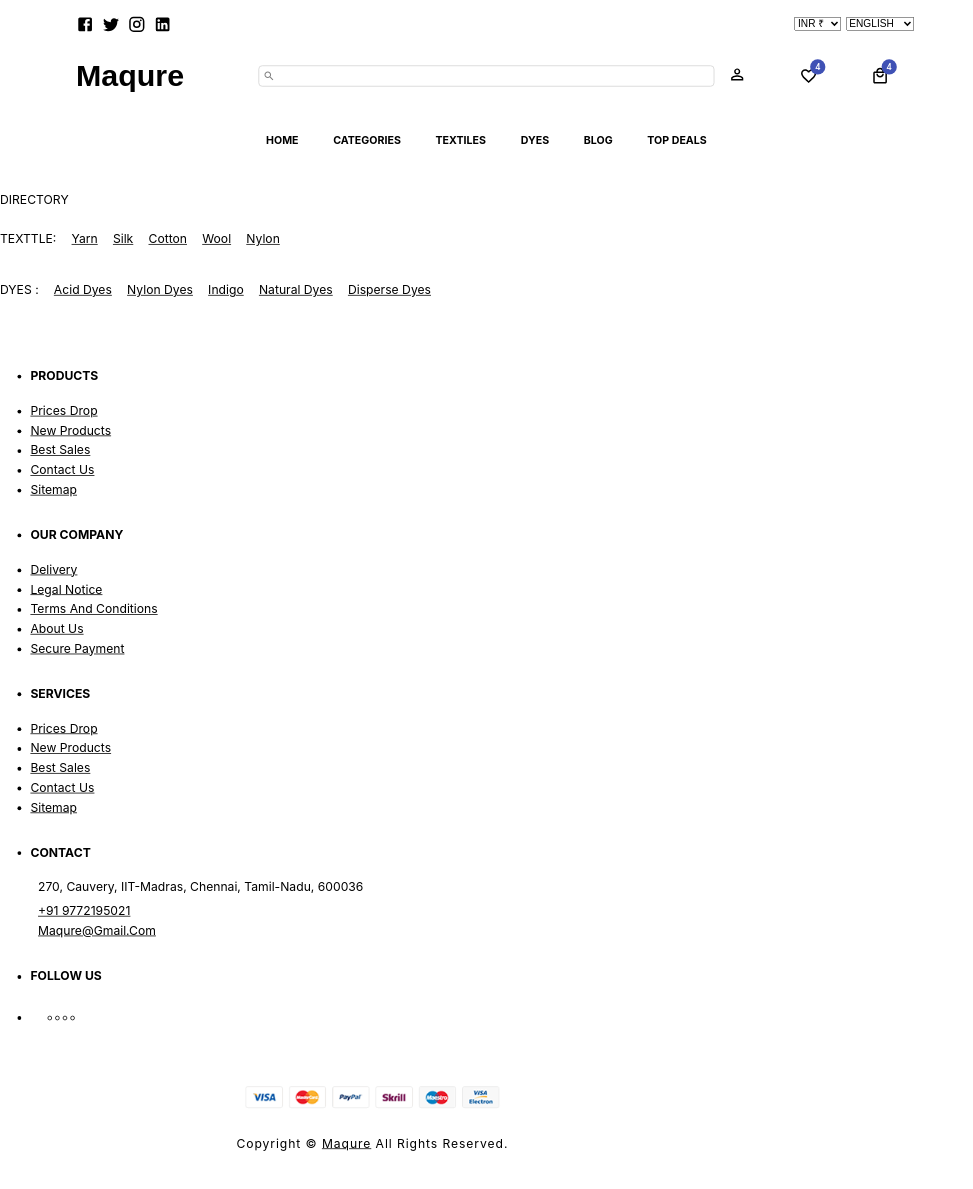
Repository: harshitsingh85420/Maqure
Page: /
These files come from the project's save history. The page is drawn as it stood at one moment and after the next save; the edit follows.
The browser window is 1280 px wide. The pictures show the whole page, at 76% of full size.
The project was rebuilt for these pictures with package versions that can differ from the ones it lists, and the page was loaded fresh each time.

Above is the page before, as saved 2022-05-26 02:36:59.

### src/pages/Home.jsx
import React from 'react'
import Footer from '../components/Footer'
import Header from '../components/Header'
import Header2 from '../components/Header2'
import Navbar from '../components/Navbar'

const Home = () => {
  return (
    <div>
        <Header/>
        <Header2/>
        <Navbar />
        <Footer/>
    </div>
    )
}

export default Home

### src/components/Footer.jsx
import React from 'react'
import './CSS/Footer.css';

function Footer() {
  return (
    <>
<div className="footer">
<div className="footer-category">

<div className="container">

  <h2 className="footer-category-title">Directory</h2>

  <div className="footer-category-box">

    <h3 className="category-box-title">Texttle:</h3>

    <a href="#" className="footer-category-link">Yarn</a>
    <a href="#" className="footer-category-link">Silk</a>
    <a href="#" className="footer-category-link">Cotton</a>
    <a href="#" className="footer-category-link">Wool</a>
    <a href="#" className="footer-category-link">Nylon</a>
  </div>

  <div className="footer-category-box">
    <h3 className="category-box-title">Dyes :</h3>

    <a href="#" className="footer-category-link">Acid Dyes</a>
    <a href="#" className="footer-category-link">Nylon Dyes</a>
    <a href="#" className="footer-category-link">Indigo</a>
    <a href="#" className="footer-category-link">Natural Dyes</a>
    <a href="#" className="footer-category-link">Disperse Dyes</a>
    <a href="#" className="footer-category-link"></a>
  </div>


</div>

</div>

<div className="footer-nav">

<div className="container">


  <ul className="footer-nav-list">

    <li className="footer-nav-item">
      <h2 className="nav-title">Products</h2>
    </li>

    <li className="footer-nav-item">
      <a href="#" className="footer-nav-link">Prices drop</a>
    </li>

    <li className="footer-nav-item">
      <a href="#" className="footer-nav-link">New products</a>
    </li>

    <li className="footer-nav-item">
      <a href="#" className="footer-nav-link">Best sales</a>
    </li>

    <li className="footer-nav-item">
      <a href="#" className="footer-nav-link">Contact us</a>
    </li>

    <li className="footer-nav-item">
      <a href="#" className="footer-nav-link">Sitemap</a>
    </li>

  </ul>

  <ul className="footer-nav-list">

    <li className="footer-nav-item">
      <h2 className="nav-title">Our Company</h2>
    </li>

    <li className="footer-nav-item">
      <a href="#" className="footer-nav-link">Delivery</a>
    </li>

    <li className="footer-nav-item">
      <a href="#" className="footer-nav-link">Legal Notice</a>
    </li>

    <li className="footer-nav-item">
      <a href="#" className="footer-nav-link">Terms and conditions</a>
    </li>

    <li className="footer-nav-item">
      <a href="#" className="footer-nav-link">About us</a>
    </li>

    <li className="footer-nav-item">
      <a href="#" className="footer-nav-link">Secure payment</a>
    </li>

  </ul>

  <ul className="footer-nav-list">

    <li className="footer-nav-item">
      <h2 className="nav-title">Services</h2>
    </li>

    <li className="footer-nav-item">
      <a href="#" className="footer-nav-link">Prices drop</a>
    </li>

    <li className="footer-nav-item">
      <a href="#" className="footer-nav-link">New products</a>
    </li>

    <li className="footer-nav-item">
      <a href="#" className="footer-nav-link">Best sales</a>
    </li>

    <li className="footer-nav-item">
      <a href="#" className="footer-nav-link">Contact us</a>
    </li>

    <li className="footer-nav-item">
      <a href="#" className="footer-nav-link">Sitemap</a>
    </li>

  </ul>

  <ul className="footer-nav-list">

    <li className="footer-nav-item">
      <h2 className="nav-title">Contact</h2>
    </li>

    <li className="footer-nav-item flex">
      <div className="icon-box">
        <ion-icon name="location-outline"></ion-icon>
      </div>

      <address className="content">
        270, Cauvery, IIT-Madras,
        Chennai, Tamil-Nadu,
        600036

      </address>
    </li>

    <li className="footer-nav-item flex">
      <div className="icon-box">
        <ion-icon name="call-outline"></ion-icon>
      </div>

      <a href="tel:+607936-8058" className="footer-nav-link">+91 9772195021</a>
    </li>

    <li className="footer-nav-item flex">
      <div className="icon-box">
        <ion-icon name="mail-outline"></ion-icon>
      </div>

      <a href="mailto:example@gmail.com" className="footer-nav-link">maqure@gmail.com</a>
    </li>

  </ul>

  <ul className="footer-nav-list">

    <li className="footer-nav-item">
      <h2 className="nav-title">Follow Us</h2>
    </li>

    <li>
      <ul className="social-link">

        <li className="footer-nav-item">
          <a href="#" className="footer-nav-link">
            <ion-icon name="logo-facebook"></ion-icon>
          </a>
        </li>

        <li className="footer-nav-item">
          <a href="#" className="footer-nav-link">
            <ion-icon name="logo-twitter"></ion-icon>
          </a>
        </li>

        <li className="footer-nav-item">
          <a href="#" className="footer-nav-link">
            <ion-icon name="logo-linkedin"></ion-icon>
          </a>
        </li>

        <li className="footer-nav-item">
          <a href="#" className="footer-nav-link">
            <ion-icon name="logo-instagram"></ion-icon>
          </a>
        </li>

      </ul>
    </li>

  </ul>

</div>

</div>

<div className="footer-bottom">

<div className="container">

  <img src="./assets/images/payment.png" alt="payment method" className="payment-img"/>

  <p className="copyright">
    Copyright &copy; <a href="#">Maqure</a> all rights reserved.
  </p>

</div>

</div>
</div>
    </>
  )
}

export default Footer

### src/components/Header.jsx
import React from 'react'
import styled from 'styled-components'
import { Twitter, Instagram, LinkedIn, Facebook } from '@material-ui/icons';

const Container = styled.div`

`;
const Wrapper = styled.div`
    padding: 20px 100px;
    display: flex;
    justify-content: space-between;
`;
const Left = styled.div`
    flex: 1;
    display: flex;
    align-items: center;
`;
const MenuItem = styled.div`
font-size: 14px;
cursor: pointer;
margin-right: 10px;
`;

const Center = styled.div`
    flex: 2;
`;
const Right = styled.div`
    flex: 1;
    display: flex;
  align-items: center;
  justify-content: flex-end;
`;
const Money = styled.div`
    width: 25%;
    height: 100%;
    align-items: center;
`;
const Language = styled.div`
   width: 25%;
   height: 100%;
   align-items: center;
`;

const Header = () => {

  return (
    <Container>
    <Wrapper>
        <Left>
        <MenuItem>
          <Facebook/>
        </MenuItem>
        <MenuItem>
          <Twitter />
        </MenuItem>
        <MenuItem>
          <Instagram />
        </MenuItem>
        <MenuItem>
          <LinkedIn />
        </MenuItem>
        </Left>
        <Center>
        </Center>
        <Right>
        <Money>
          <select>
          <option>INR ₹</option>
          <option>USD $</option>
          </select>
          </Money>
          <Language>
          <select><option>ENGLISH</option>
          <option>ESPAÑOL</option>
          <option>FRANÇAIS</option>
          </select>
          </Language>
        </Right>
    </Wrapper>
    </Container>
  )
}

export default Header

### src/components/Header2.jsx
import { Search, FavoriteBorderOutlined, PersonOutlineOutlined, LocalMallOutlined  } from '@material-ui/icons';
import { Badge } from "@material-ui/core";
import React from 'react';
import styled from 'styled-components';


const Container = styled.div`
height: 60px;
`;
const Wrapper = styled.div`
  padding: 10px 40px;
  display: flex;
  align-items: center;
  justify-content: space-between;
`;
const Left = styled.div`
  flex: 1;
  display: flex;
  align-items: center;
`;
const Logo = styled.div`
font-weight: bold;
font-size: 40px;
font-family: "Poppins", sans-serif;
display: flex;
cursor: pointer;
margin-left: 60px;
`;
const Center = styled.div`
  flex: 2;
  display: flex;
`;
const SearchContainer = styled.div`
  border: 0.5px solid lightgray;
  display: flex;
  align-items: center;
  padding: 5px;
  width: 100%;
  border-radius: 5px;
  &:hover{
    border-color: black;
  }
`;
const Input = styled.div`
  border: none;
`;
const Right = styled.div`
  flex: 1;
  display: flex;
  align-items: center;
  justify-content: flex-end;
`;
const MenuItem = styled.div`
font-size: 14px;
cursor: pointer;
margin-right: 70px;
height: 100%;
`;

const Header2 = () => {
  return (
    <Container>
    <Wrapper>
        <Left><Logo>Maqure</Logo></Left>
        <Center>
          <SearchContainer>
          <Input placeholder="Search..." />
          <Search style={{ color: "gray", fontSize: 16 }}/>
          </SearchContainer>
        </Center>
        <Right>
          <MenuItem>
            <PersonOutlineOutlined />
          </MenuItem>
          <MenuItem>
            <Badge badgeContent={4} color="primary">
            <FavoriteBorderOutlined />
            </Badge>
          </MenuItem>
          <MenuItem>
            <Badge badgeContent={4} color="primary">
            <LocalMallOutlined/>
            </Badge>
          </MenuItem>
        </Right>
    </Wrapper>
    </Container>
  )
}

export default Header2

### src/components/Navbar.jsx
import React from 'react'
import styled from 'styled-components'

const Container = styled.div`
`;
const Wrapper = styled.div`
  padding: 30px 40px;
  display: flex;
  align-items: center;
  justify-content: space-between;
  margin-left: 300px;
  margin-right: 300px;
  list-style: none;
display: flex;
a {
  padding: 18px 10px;
  color: black;
  &:hover {
      color: red;
  }
  font-size: 14px;
  font-weight: bold;
  text-decoration: none;
}
`;

const Navbar = () => {
  return (
    <Container>
        <Wrapper>
      <a href="google.com">HOME</a>
      <a href="google.com">CATEGORIES</a>
      <a href="google.com">TEXTILES</a>
      <a href="google.com">DYES</a>
      <a href="google.com">BLOG</a>
      <a href="google.com">TOP DEALS</a>
        </Wrapper>
    </Container>
  )
}

export default Navbar

### src/components/CSS/Footer.css

.container { max-width: 980px; }

/*-----------------------------------*\
  #FOOTER
\*-----------------------------------*/

footer {
    background: var(--eerie-black);
    padding: 30px 0;
  }

  .footer-category {
    margin-bottom: 30px;
    padding-bottom: 15px;
    border-bottom: 1px solid var(--onyx);
  }

  .footer-category-title {
    color: var(--salmon-pink);
    font-size: var(--fs-6);
    font-weight: var(--weight-600);
    text-transform: uppercase;
    margin-bottom: 15px;
  }

  .footer-category-box {
    display: -webkit-box;
  display: -webkit-flex;
  display: -ms-flexbox;
  display: flex;
  -webkit-flex-wrap: wrap;
      -ms-flex-wrap: wrap;
          flex-wrap: wrap;
  -webkit-box-pack: start;
  -webkit-justify-content: flex-start;
      -ms-flex-pack: start;
          justify-content: flex-start;
  -webkit-box-align: center;
  -webkit-align-items: center;
      -ms-flex-align: center;
          align-items: center;
  -webkit-column-gap: 20px;
     -moz-column-gap: 20px;
          column-gap: 20px;
  row-gap: 3px;
  margin-bottom: 15px;
  }

  .category-box-title {
    color: var(--spanish-gray);
    font-size: var(--fs-8);
    font-weight: var(--weight-600);
    text-transform: uppercase;
  }

  .footer-category-link {
    position: relative;
    color: var(--sonic-silver);
    font-size: var(--fs-7);
    text-transform: capitalize;
    transition: var(--transition-timing);
  }

  .footer-category-link:hover { color: var(--spanish-gray); }

  .footer-category-link:not(:last-child)::after {
    position: absolute;
    content: '';
    top: 3px;
    right: -10px;
    background: var(--sonic-silver);
    width: 1px;
    height: 15px;
  }


  /**
   * footer nav
   */


.footer-nav {
    border-bottom: 1px solid var(--onyx);
    padding-bottom: 30px;
    margin-bottom: 30px;
  }

  .footer-nav-list:not(:last-child) { margin-bottom: 20px; }

  .footer-nav .nav-title {
    position: relative;
    color: var(--white);
    font-size: var(--fs-7);
    text-transform: uppercase;
    margin-bottom: 15px;
    padding-bottom: 5px;
  }

  .footer-nav .nav-title::before {
    content: '';
    position: absolute;
    bottom: 0;
    left: 0;
    background: var(--salmon-pink);
    width: 60px;
    height: 1px;
  }

  .footer-nav-item { padding: 3px 0; }

  .footer-nav-link,
  .footer-nav-item .content {
    width: -webkit-max-content;
    width: -moz-max-content;
    width: max-content;
    color: var(--sonic-silver);
    font-size: var(--fs-7);
    text-transform: capitalize;
    -webkit-transition: var(--transition-timing);
    -o-transition: var(--transition-timing);
    transition: var(--transition-timing);
  }

  .footer-nav-link:hover { color: var(--salmon-pink); }

  .footer-nav-item.flex {
    display: -webkit-box;
    display: -webkit-flex;
    display: -ms-flexbox;
    display: flex;
    -webkit-box-align: start;
    -webkit-align-items: flex-start;
        -ms-flex-align: start;
            align-items: flex-start;
    gap: 10px;
  }

  .footer-nav-item .content {
    font-style: normal;
    margin-bottom: 5px;
  }

  .footer-nav-item .icon-box {
    color: var(--sonic-silver);
    font-size: 25px;
  }

  .footer-nav-item .icon-box ion-icon { --ionicon-stroke-width: 30px; }

  .footer-nav .social-link {
    display: -webkit-box;
    display: -webkit-flex;
    display: -ms-flexbox;
    display: flex;
    -webkit-box-pack: start;
    -webkit-justify-content: flex-start;
        -ms-flex-pack: start;
            justify-content: flex-start;
    -webkit-box-align: center;
    -webkit-align-items: center;
        -ms-flex-align: center;
            align-items: center;
    gap: 10px;
  }

  .social-link .footer-nav-link { font-size: 25px; }

  .footer-bottom {
    margin-bottom: 50px;
    text-align: center;
  }

  .payment-img {
    max-width: 335px;
    width: 100%;
    margin: auto;
    margin-bottom: 15px;
  }

  .copyright {
    color: var(--sonic-silver);
    font-size: var(--fs-8);
    font-weight: var(--weight-500);
    text-transform: capitalize;
    letter-spacing: 1.2px;
  }

  .copyright a {
    display: inline;
    color: inherit;
  }

Loaded but not shown: public/index.html (common file); src/index.js (common file); src/index.css (common file); src/App.js (common file); src/reportWebVitals.js (common file)

After the next save:
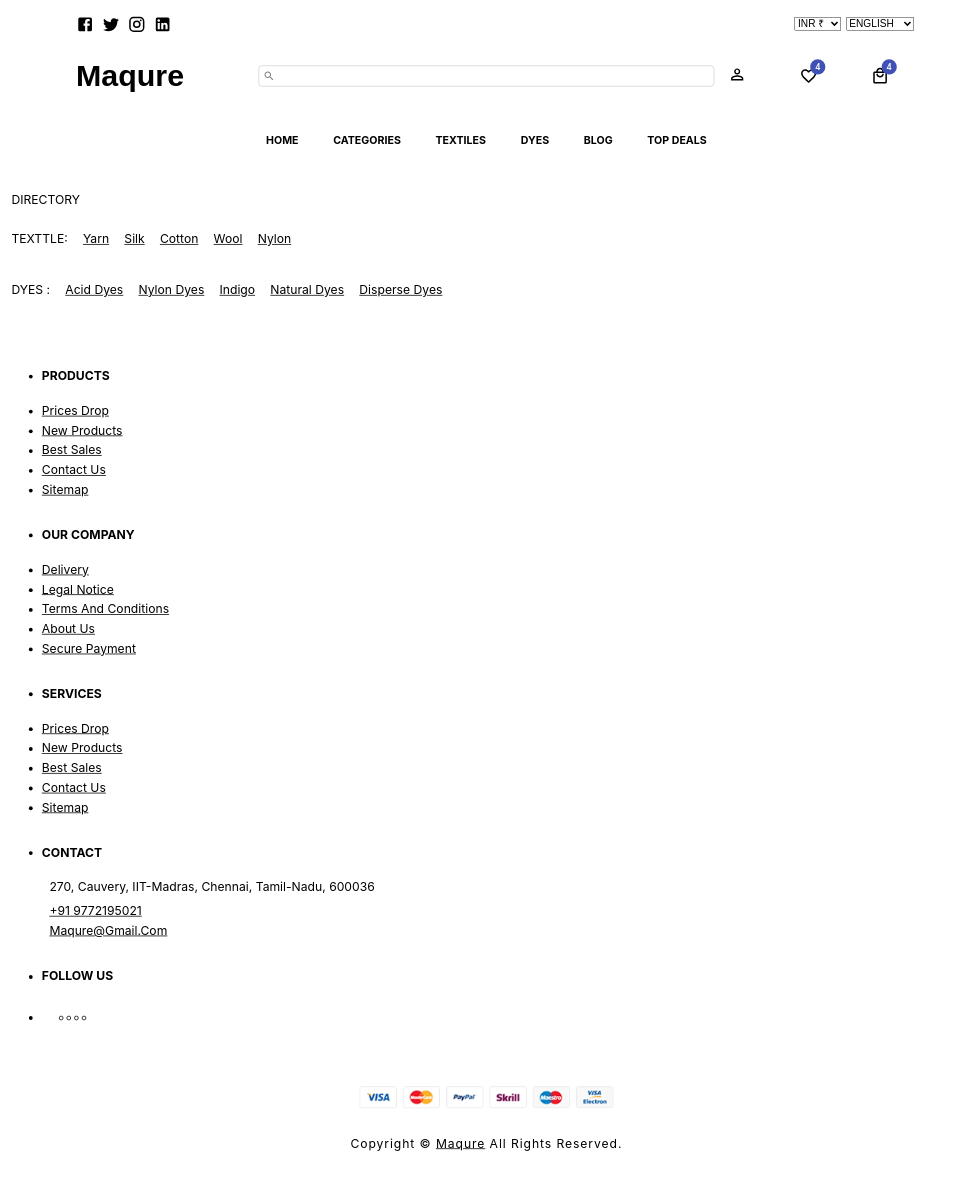
Saved 84 s later.
--- a/src/components/CSS/Footer.css
+++ b/src/components/CSS/Footer.css
@@ -1,5 +1,5 @@
 
-.container { max-width: 980px; }
+.container { padding: 0 15px; }
 
 /*-----------------------------------*\
   #FOOTER
